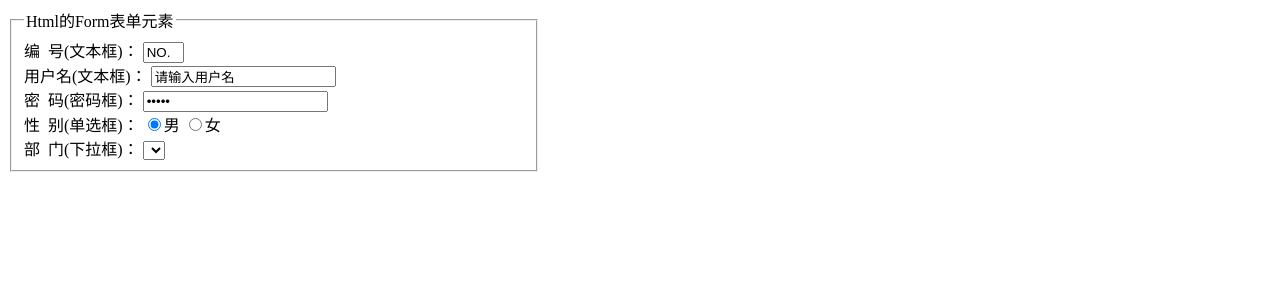
Repository: frankstar007/java
Page: http://localhost/Servlet_Study/request_form1.jsp
The author's editor kept a copy of each file at every save. The page is drawn from the files as they stood at one save, then again after the next save.
The browser window is 1280 px wide. The pictures show the whole page.
The page is served by Tomcat 9. Nobody is signed in. The application's start-up code is not run.

Above is the page before, as saved 2016-05-01 02:38:03.

After the next save:
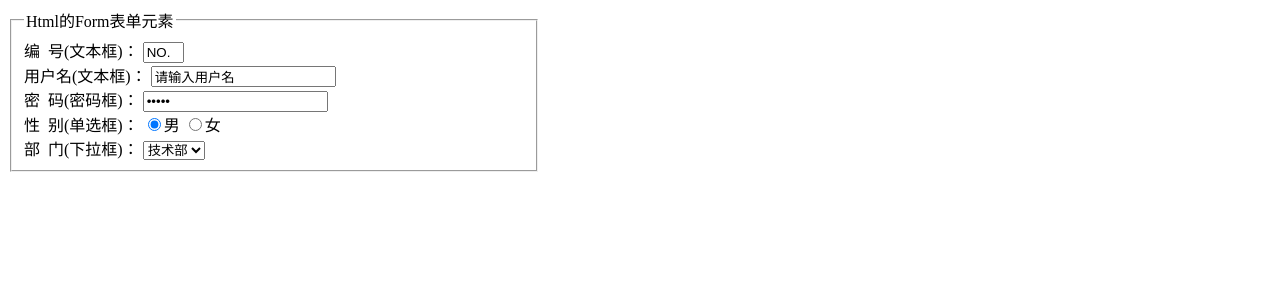
Saved 27 s later.
--- a/Servlet_Study/WebContent/request_form1.jsp
+++ b/Servlet_Study/WebContent/request_form1.jsp
@@ -20,6 +20,7 @@
 	<input type="radio" name="sex" value="女">女<br>
 	部&nbsp;&nbsp;门(下拉框)：
 	<select name="dept">
+		<option value="技术部">技术部</option>
 
 
 
